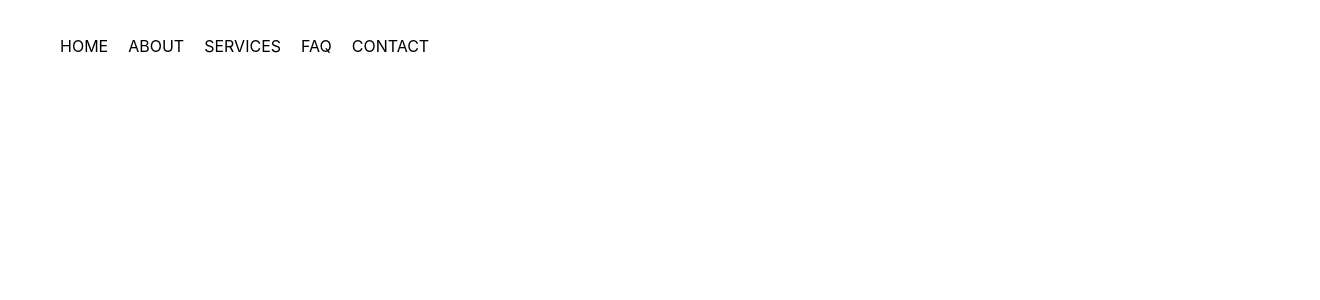
Repository: sriram1224/reactas1.github.io
Page: /
These files come from the project's save history. The page is drawn as it stood at one moment and after the next save; the edit follows.
The browser window is 1280 px wide. The page is 1320 px wide, so the pictures cover 1320 px, including what lies to the right of the window. The pictures show the whole page.
The project was rebuilt for these pictures with package versions that can differ from the ones it lists, and the page was loaded fresh each time.

Above is the page before, as saved 2024-03-05 06:46:13.

After the next save:
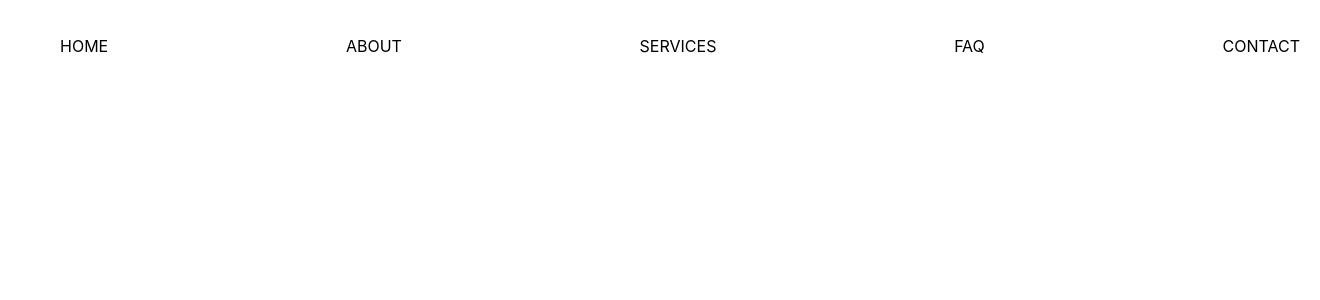
Saved 13 s later.
--- a/src/Components/Nav.css
+++ b/src/Components/Nav.css
@@ -11,7 +11,8 @@
     align-items: center;
     list-style: none;
     gap: 20px;
+    width: 100%;
 }
 .Nav ul li{
-    width: 100%;
+
 }

After the save that followed:
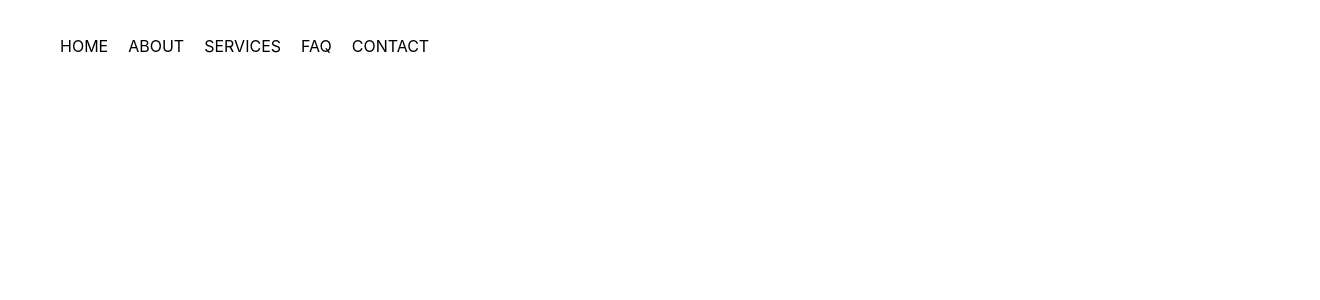
Saved 11 s later.
--- a/src/Components/Nav.css
+++ b/src/Components/Nav.css
@@ -11,7 +11,7 @@
     align-items: center;
     list-style: none;
     gap: 20px;
-    width: 100%;
+    width: 20%;
 }
 .Nav ul li{
 
